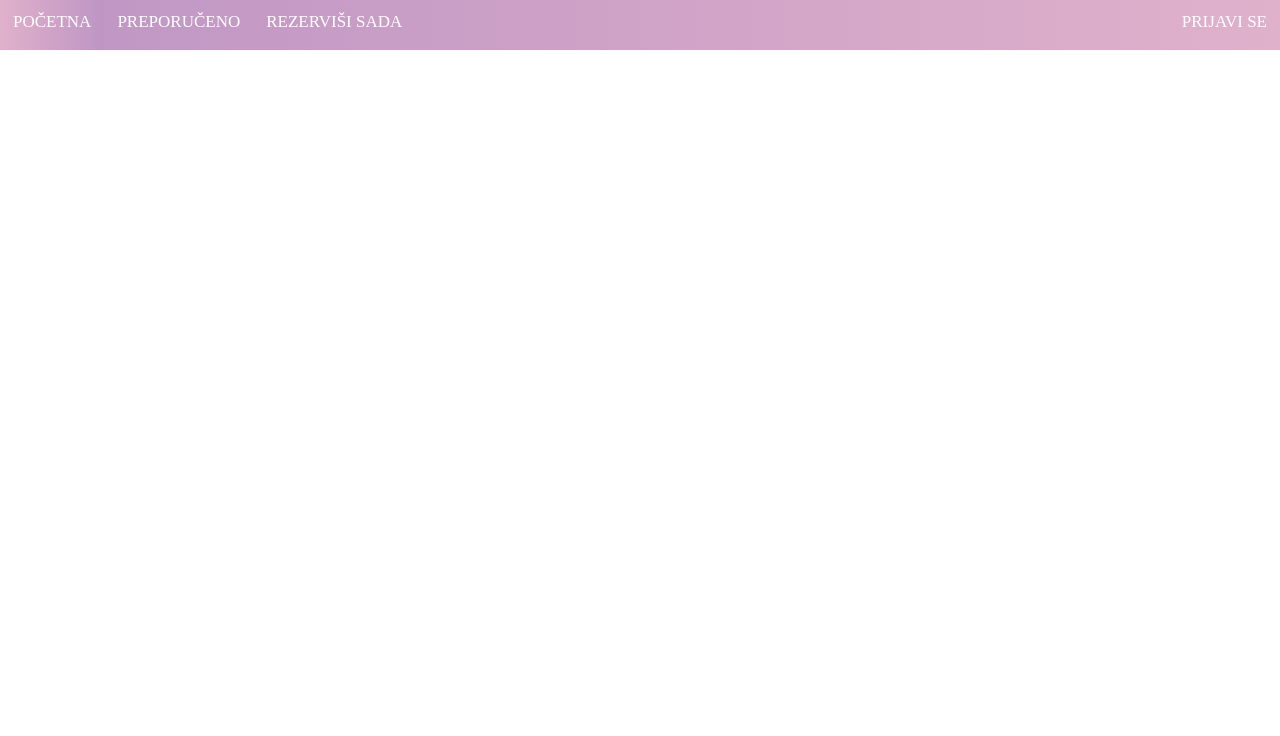
Repository: FTN-E2-materials/WEB
Page: BookingApp/static/index.html
An editor plug-in stored every save of this project. The page is shown before and after the next save, followed by the edit.
The browser window is 1280 px wide. The pictures show the whole page.
The page's requests for data from a server got no answer.

Above is the page before, as saved 2020-08-15 21:50:38.

### BookingApp/static/index.html
<!DOCTYPE html>
<html>
<head>
<link href="css/startpage.css" rel="stylesheet" />
<meta http-equiv="Content-Type" content="text/html; charset=UTF-8">

</head>

	<body>

		<div id = "webApp" class = "main-window">
			<div class = "navigation-area">
		    	<ul class = "nav navbar">
		        <li class = "menu"><a href="homepage.html">Početna</a></li>
		        <li class = "menu"><a href="">Preporučeno</a></li>
		        <li class = "menu"><a href="bookpage.html">Rezerviši sada</a></li>
		        <li class = "menu" v-bind:hidden = "mode != 'guest'"><a href="reservations.html" v-bind:hidden = "mode != 'guest'">Moje rezervacije</a></li>
		        <li class = "menu" v-bind:hidden = "mode != 'host'" ><a href="myapartments.html" v-bind:hidden = "mode != 'host'">Moji apartmani</a></li>
		        <li class = "menu" style="float:right" v-bind:hidden = "mode == 'notLogged'" v-on:click = "logOut"><a href="#/login" v-bind:hidden = "mode == 'notLogged'">Prijavi se</a></li>
		        <li class = "menu" style="float:right" v-bind:hidden = "mode != 'notLogged'"><a href="#/login" v-bind:hidden = "mode != 'notLogged'" >Odjavi se</a></li>
		        <li class = "menu" style="float:right" v-bind:hidden = "mode != 'notLogged'" ><a href="#/login" v-bind:hidden = "mode != 'notLogged'">Profil</a></li>
	            </ul>
            </div>
			<router-view></router-view>
		</div>


		<script src="scripts/vue.js"></script>
		<script src="scripts/vue-router.js"></script>
		<script src="scripts/jquery.min.js"></script>
		<script src="scripts/axios.js"></script>
		<script src="scripts/toast.js"></script>
		<script src="js/app.js"></script>
		<script src="js/login.js"></script>
	</body>
</html>

### BookingApp/static/css/startpage.css


.bg-login {
    width: 100%;
    height: 100vh;
    display: flex;
    justify-content: center;
    align-items: center;
    background: -webkit-linear-gradient(left, #BE95C4, #E0B1CB);
    font-family: 'Segoe UI', Tahoma, Geneva, Verdana, sans-serif;
}

  .main-window {
    width: 100%;
    height: 100vh;
    display: flex;
    justify-content: center;
    align-items: center;
}
.navigation-area{
  width: 100%;
  position: fixed;
  top: 0;
  height: 50px;
  border-bottom: #fff;
  background: -webkit-linear-gradient(left, #BE95C4, #E0B1CB);
}

ul {
  list-style-type : none;
  margin : 0;
  padding : 0;
  width: 100%;
  height: 100%;
  overflow : hidden;
  background: -webkit-linear-gradient(left, #BE95C4, #E0B1CB);
}

li{
  float: left;
  height: 100%;
}

li a {

  display: block;
  color: white;
  height: 100%;
  text-align: center;
  padding: 12px 13px;
  text-decoration: none;
  font-size: 17px;
  text-transform: uppercase;
}

li a:hover {
  background: -webkit-linear-gradient(left, #E0B1CB, #BE95C4);
}

input, button{
    border: none;
    outline: none;
    background: none;
}

.page-login{
    overflow: hidden;
    position: relative;
    width: 900px;
    height: 600px;
    background: #fff;
    box-shadow: 0 19px 38px rgba(0, 0, 0, 0.30), 0 15px 12px rgba(0, 0, 0, 0.22);
}

.form{
    position: relative;
    width: 640px;
    height: 100%;
    padding: 50px 30px;
    -webkit-transition:-webkit-transform 1.2s ease-in-out;
    transition: -webkit-transform 1.2s ease-in-out;
    transition: transform 1.2s ease-in-out;
    transition: transform 1.2s ease-in-out, -webkit-transform 1.2s ease-in-out;
}

.login-h1{
    width: 100%;
    font-size: 30px;
    text-align: center;
    text-transform: uppercase;
}

.login-label{
    display: block;
    width: 260px;
    margin: 25px auto 0;
    text-align: center;
}

.login-label span{
    font-size: 14px;
    font-weight: 600;
    color: #5E548E;
    text-transform: uppercase;
}

.form-part {
  width: 1000px;
  height: fit-content;;
  opacity: 0.9;
  margin-bottom: 20px;
  margin-top: 70px;
  border-radius: 10px;
  align-content: center;
  background-color: #fff;
  box-shadow: 0 19px 40px rgba(0, 0, 0, 0.30), 0 15px 12px rgba(0, 0, 0, 0.22);
}

.login-p {
  color: white;
}
.login-input {
    display: block;
    width: 100%;
    margin-top: 5px;
    text-align: center;
    font-size: 16px;
    padding-bottom: 5px;
    border-bottom: 1px solid rgba(109, 93, 93, 0.4);
    text-align: center;
    font-family: 'Segoe UI', Tahoma, Geneva, Verdana, sans-serif;
}

button{
    display: block;
    margin: 0 auto;
    width: 260px;
    height: 40px;
    border-radius: 30px;
    color: #fff;
    font-size: 15px;
    cursor: pointer;
}

.submit{
    margin-top: 40px;
    margin-bottom: 30px;
    text-transform: uppercase;
    font-weight: 600;
    font-family: 'Segoe UI', Tahoma, Geneva, Verdana, sans-serif;
    background: -webkit-linear-gradient(left, #BE95C4, #E0B1CB);
}

.submit:hover{
    background: -webkit-linear-gradient(left, #E0B1CB, #BE95C4);
}

.sub-page{
    overflow: hidden;
    position: absolute;
    left: 640px;
    top: 0;
    width: 900px;
    height: 100%;
    padding-left: 260px;
    background: #fff;
    -webkit-transition: -webkit-transform 1.2s ease-in-out;
    transition: -webkit-transform 1.2s ease-in-out;
    transition: transform 1.2s ease-in-out;
}

.page-login.s-signup .sub-page{
    -webkit-transform:translate3d(-640px, 0, 0);
        transform:translate3d(-640px, 0, 0);
}

.bground{
    overflow: hidden;
    z-index: 2;
    position: absolute;
    left: 0;
    top: 0;
    width: 260px;
    height: 100%;
    padding-top: 360px;
}

.bground:before{
    content: '';
    position: absolute;
    right: 0;
    top: 0;
    width: 900px;
    height: 100%;
    background-image: url(../images/bora-bora-sunset.jpg);
    background-size: cover;
    transition: -webkit-transform 1.2s ease-in-out;
    transition: transform 1.2s ease-in-out, -webkit-transform 1.2s ease-in-out;
  }

  .bground:after{
    content: '';
    position: absolute;
    left: 0;
    top: 0;
    width: 100%;
    height: 100%;
    background: rgba(0,0,0,0.3);
  }

.page-login.s-signup .bground:before{
    -webkit-transform:translate3d(640px, 0, 0);
            transform:translate3d(640px, 0, 0);
  }


.bground-text{
    z-index: 2;
    position: absolute;
    left: 0;
    top: 50px;
    width: 100%;
    padding: 0 20px;
    text-align: center;
    color: #fff;
    -webkit-transition:-webkit-transform 1.2s ease-in-out;
    transition: -webkit-transform 1.2s ease-in-out;
    transition: transform 1.2s ease-in-out, -webkit-transform 1.2s ease-in-out;
  }

  .bground-text h1{
    margin-bottom: 10px;
    font-weight: normal;
  }

  .bground-text p{
    font-size: 14px;
    line-height: 1.5;
  }

  .page-login.s-signup .bground-text.m-up{
    -webkit-transform:translateX(520px);
            transform:translateX(520px);
  }

  .bground-text.m-in{
    -webkit-transform:translateX(-520px);
            transform:translateX(-520px);
  }

  .page-login.s-signup .bground-text.m-in{
    -webkit-transform:translateX(0);
            transform:translateX(0);
  }


  .sign-in{
    padding-top: 65px;
    -webkit-transition-timing-function:ease-out;
            transition-timing-function:ease-out;
  }

  .bground.s-signup .sign-in{
    -webkit-transition-timing-function:ease-in-out;
            transition-timing-function:ease-in-out;
    -webkit-transition-duration:1.2s;
            transition-duration:1.2s;
    -webkit-transform:translate3d(640px, 0, 0);
            transform:translate3d(640px, 0, 0);
  }

  .bground-btn{
    overflow: hidden;
    z-index: 2;
    position: relative;
    width: 150px;
    height: 40px;
    margin: 0 auto;
    background: transparent;
    color: #fff;
    text-transform: uppercase;
    font-size: 15px;
    cursor: pointer;
    text-align: center;
  }

  .bground-btn:after{
    content: '';
    z-index: 2;
    position: absolute;
    left: 0;
    top: 0;
    width: 100%;
    height: 100%;
    border: 2px solid #fff;
    border-radius: 30px;
  }

  .bground-btn span{
    position: absolute;
    left: 0;
    top: 0;
    display: -webkit-box;
    display: flex;
    -webkit-box-pack:center;
    justify-content: center;
    align-items: center;
    width: 100%;
    height: 100%;
    -webkit-transition:-webkit-transform 1.2s;
    transition: -webkit-transform 1.2s;
    transition: transform 1.2s;
    transition: transform 1.2s, -webkit-transform 1.2s;;
  }

  .bground-btn span.m-in{
    -webkit-transform:translateY(-72px);
            transform:translateY(-72px);
  }

  .page-login.s-signup .bground-btn span.m-in{
    -webkit-transform:translateY(0);
            transform:translateY(0);
  }

  .page-login.s-signup .bground-btn span.m-up{
    -webkit-transform:translateY(72px);
            transform:translateY(72px);
  }

  .sign-up{
    -webkit-transform:translate3d(-900px, 0, 0);
            transform:translate3d(-900px, 0, 0);
  }

  .page-login.s-signup .sign-up{
    -webkit-transform:translate3d(0, 0, 0);
            transform:translate3d(0, 0, 0);
  }

### BookingApp/static/js/app.js
const login = { template : '<login></login>' }
const profile_view = { template : '<profile-view></profile-view>' }
const change_pass = { template : '<change_pass></change_pass>' }
const edit_profile = { template : '<edit_profile ></edit_profile>' }
const apartments = { template : "<apartments></apartments>" }
const apartmentDetails = {template : "<apartment-details></apartment-details>"}
const users_preview = {template : "<users_preview></users_preview>"}
const searchApartment = { template : "<search-apartment></search-apartment>" }
const my_apartments= { template : "<my_apartments></my_apartments>" }
const add_apartment= { template : "<add_apartment></add_apartment>" }
const reservations = { template : "<reservations></reservations>" }
const amenities = { template : "<amenities></amenities>"}
const edit_apartment = { template : "<edit_apartment></edit_apartment>"}
const homepage = { template : "<homepage></homepage>" }
const add_nonWorkingDays={template:"<add_nonWorkingDays></add_nonWorkingDays>"}
const forbidden = { template: "<forbidden></forbidden>" }
const registerHost = { template: "<registerHost></registerHost>" }

const router = new VueRouter({
    mode : 'hash',
    base : '/apartments',
    routes : [
		{ path : "/apartments", component: apartments },
		{ path : '/login', component: login },
		{ path : '/profile-view', component: profile_view },
		{ path : '/change_pass', component: change_pass },
		{ path : '/edit_profile', component: edit_profile },
		{ path : "/details", component: apartmentDetails },
		{ path : "/users_preview", component: users_preview },
		{ path : "/search", component: searchApartment },
		{ path : "/my_apartments", component: my_apartments },
		{ path : "/add_apartment", component: add_apartment },
		{ path : "/reservations", component: reservations },
		{ path : "/amenities", component: amenities },
		{ path : "/edit_apartment", component: edit_apartment },
		{ path : "/add_nonWorkingDays", component: add_nonWorkingDays },
		{ path : "/forbidden", component: forbidden },
		{ path : "/registerHost", component: registerHost }
    ]
});

var app = new Vue({
    router: router,
    el: '#webApp',
    data: {
    	mode : 'plsWork',
    	user : {
    		username : "xxxxxxxxxxxxx"
    	}
    },
    mounted() {
    	axios
	    	.get('/user/seeIfLogged')
	    	.then(response => {
	    		if (response.data == null) {
	    			this.mode = 'notLogged';
	    		} else
	    		{
	    			if (response.data.role == "Guest") {
	    				this.mode = 'guest';
	    			} else if (response.data.role == "Host") {
		    			this.mode = 'host';
		    		} else if (response.data.role == "Administrator") {
		    			this.mode = 'admin';
		    		} else {
		    			this.mode = 'notLogged';
		    		}
	    			this.user = response.data;
	    		}
	    	})

	    	window.location.href = "#/apartments";
    },
    methods : {
    	logOut : function() {
    		axios
    			.get('/user/logout')
    			.then(response => {
    				this.mode = 'notLogged';
    				console.log(this.mode);
    				window.location.href = "#/login";
    			})

    	},
    	viewProfile : function() {

            window.location.href = "http://localhost:8088/#/profile-view?id=" + this.user.username;
    	},
    	getReservations : function() {
    		window.location.href = "http://localhost:8088/#/reservations?id=" + this.user.username;

    	},
    	canSeePreview : function() {
    		console.log(this.mode);
    		if (this.mode == 'host') {
    			return false;
    		} else if (this.mode == 'admin') {
    			return false;
    		} else {
    			return true;
    		}
    	}
    }
});

### BookingApp/static/js/login.js
 Vue.component("login", {

	data: function () {
		    return {
		    	logged : null,
		    	error:'',
		    	usernameLog: '',
		    	usernameRegister: '',
		    	passwordRegister: '',
		    	nameRegister: '',
				surnameRegister: '',
				genderRegister:'',
		    	passwordRepeat: '',
			    passwordLog:'',
				errorMessage:'',
				registrationError: '',
				roleRegister : ""
		    }
	},

    template: `
<div class = "bg-login">
<div class = "page-login">
    <div class = "form sign-in">
        <h2 class = "login-h1">Prijava</h2>
        <label class = "login-label">
            <span> Korisničko ime </span>
			<input class = "login-input" type="text" name = "username" v-on:change="signalChange" v-model="usernameLog">
        </label>
        <label class = "login-label">
            <span> Lozinka </span>
			<input class = "login-input" type="password" name="password" v-model="passwordLog" v-on:change="signalChange">
			<p style="color:red">{{errorMessage}}</p>
			<button class="submit-login" v-on:click="tryToLogin"> Prijavi se </button>
        </label>

    </div>


<div class="sub-page">
    <div class = "bground">
        <div class = "bground-text m-up">
            <h1 class = "login-h1">Nemate <br> nalog?</h1>
            <p class = "login-p">Registrujte se i <br> rezervišite sebi apartman!</p>
        </div>

        <div class="bground-text m-in">
            <h1 class = "login-h1" >Već imate nalog?</h1>
            <p class = "login-p">Ako već imate nalog, prijavite se i rezervišite sebi apartman!</p>
        </div>
        <div class="bground-btn"  v-on:click="slideToOther">
            <span class="m-up">Registrujte se</span>
            <span class="m-in">Prijavite se</span>
        </div>
</div>

<div class="form sign-up">
    <h1>Registracija</h1>
    <label class = "login-label">
        <span >Ime</span>
        <input class = "login-input" type="text" v-model="nameRegister"  name="name">
    </label>
    <label class = "login-label">
        <span>Prezime</span>
        <input class = "login-input" type="text" name="surname" v-model="surnameRegister">
    </label>
    <label class = "login-label" >
        <span>Korisničko ime</span>
        <input class = "login-input" type="text" name="username" v-model="usernameRegister">
    </label>
    <label class = "login-label">
        <span>Lozinka</span>
        <input class = "login-input" type="password" name="password" v-model="passwordRegister">
    </label>
    <label class = "login-label">
        <span>Ponovite lozinku</span>
        <input type="password" class = "login-input"  name="passwordRepeat" v-model="passwordRepeat">
	</label>
	<label class = "login-label">
	<span>Pol</span>

	<tr class="radio_button">
	<td>
	<input type="radio" id="male" name="gender" value="Musko" v-model="genderRegister" style="width:70px;">
	<span for="male" style="width:70px;">Muško</span>
	</td>
	<td>
	<input type="radio" id="female" name="gender" value="Zensko" v-model="genderRegister"  style="width:70px;">
	<span for="female"  style="width:70px;">Žensko</span>
	</td>
	<td>
	<input type="radio" id="other" name="gender" value="Ostalo" v-model="genderRegister"  style="width:70px;">
	<span for="other"  style="width:70px;">Ostalo</span>
	</td>
	</tr>
	</label>

	<label class = "login-label">
	<span>Uloga</span>

	<tr class="radio_button">
	<td>
	<input type="radio" id="guest" name="role" value="Guest" v-model="roleRegister" style="width:70px;">
	<span for="male" style="width:70px;">Gost</span>
	</td>
	<td>
	<input type="radio" id="host" name="role" value="Host" v-model="roleRegister"  style="width:70px;">
	<span for="female"  style="width:70px;">Domaćin</span>
	</td>
	</tr>
	</label>

	<p style="color:red">{{registrationError}}</p>
    <button type="button" class="submit-reg" v-on:click="registerUser">Registrujte se</button>
</div>

</div>
</div>
</div>
    `,

	mounted () {
       axios
        .get('/test')
        .then(response => {
        	if(response.data == null)
        		this.logged = false;
        	else
        		this.logged = true;
        })

    },
    methods : {
    	slideToOther : function() {
    		document.querySelector('.page-login').classList.toggle('s-signup');
    	},

    	tryToLogin : function() {

			if(this.usernameLog=='' || this.passwordLog=='')
			{
				this.errorMessage="Morate popuniti sva polja.";
			}
			else
			{

				let loginParameters = {
    				username : this.usernameLog,
    				password : this.passwordLog
    		};

    		axios
    			.post('/user/login', JSON.stringify(loginParameters))
    			.then(response => {
    				if (response.data == "") {
						this.errorMessage="Neispravno korisničko ime ili lozinka.";
					}
					else if (response.data == "Korisnik je blokiran") {
						this.errorMessage="Blokirani ste i ne možete da se prijavite.";
					}

					else {
    					window.location.href = "http://localhost:8088/";
    				}
				})
			}



    	},
    	registerUser : function() {
			let flag=true;

			if(this.nameRegister=="" || this.roleRegister == "" ||this.surnameRegister=="" ||this.usernameRegister=="" ||this.passwordRegister=="" || this.genderRegister=="")
			{
				registrationError="Morate popuniti sva polja u formi.";
				flag=false;
			}
			else if(this.passwordRegister!=this.passwordRepeat)
			{
				registrationError="Lozinke se ne slažu.";
				flag=false;
			}
			if(flag)
			{
				let genderReg;
				if (this.genderRegister == 'Musko') {
					genderReg = 'Male';
				} else if(this.genderRegister == 'Zensko'){
					genderReg = 'Female';
				} else {
					genderReg = 'Other';
				}
				let registrationParameters = {
    				name : this.nameRegister,
    				surname : this.surnameRegister,
    				username : this.usernameRegister,
    				password : this.passwordRegister,
    				role : this.roleRegister,
    				gender : genderReg
    		};

    		axios
    			.post('/user/register', JSON.stringify(registrationParameters))
    			.then(response => {
    				if (response.data == null) {
    					window.location.href = "#/login";
    				} else {
    					window.location.href = "http://localhost:8088/";
    				}
    			})
			}

		},

		signalChange : function()
		{
			this.errorMessage="";
		}
    }
});

Loaded but not shown: BookingApp/static/scripts/vue.js (library); BookingApp/static/scripts/jquery.min.js (library); BookingApp/static/scripts/toast.js (common file); BookingApp/static/scripts/vue-router.js (2922 lines, source omitted); BookingApp/static/scripts/axios.js (1660 lines, source omitted)

After the next save:
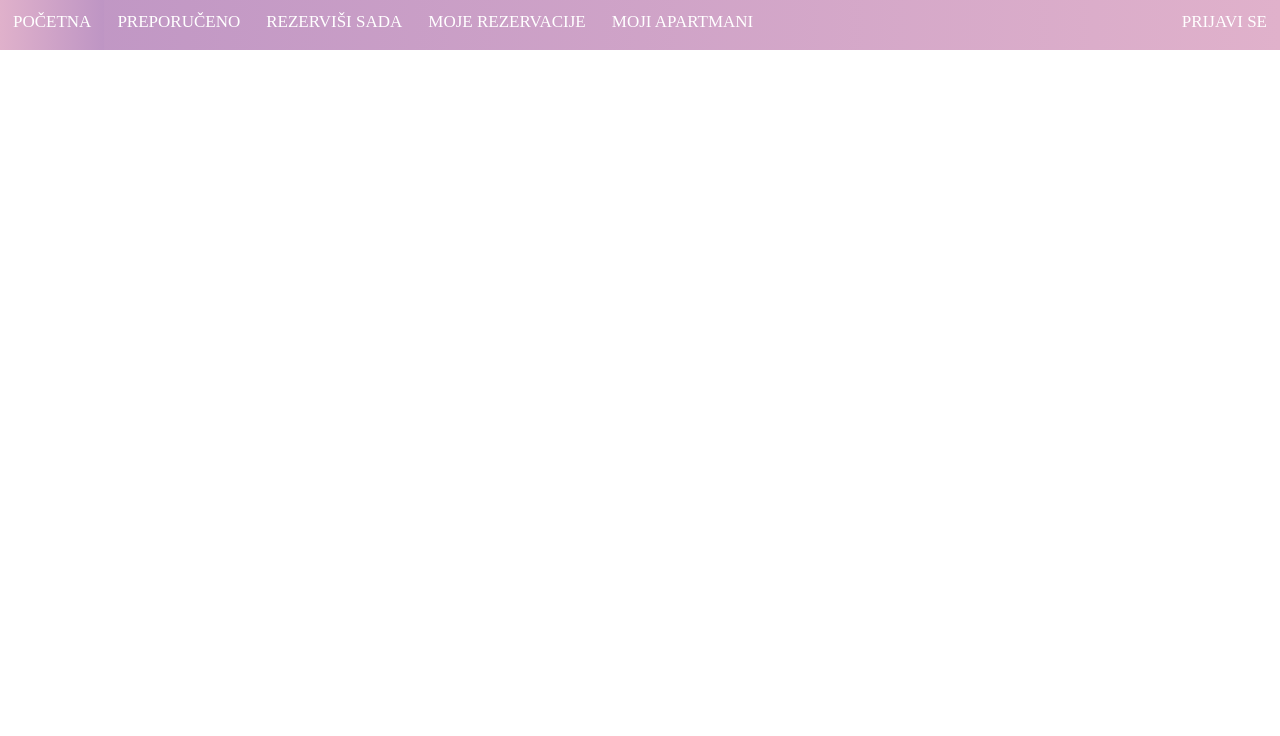
Saved 15 min 9 s later.
--- a/BookingApp/static/index.html
+++ b/BookingApp/static/index.html
@@ -14,8 +14,8 @@
 		        <li class = "menu"><a href="homepage.html">Početna</a></li>
 		        <li class = "menu"><a href="">Preporučeno</a></li>
 		        <li class = "menu"><a href="bookpage.html">Rezerviši sada</a></li>
-		        <li class = "menu" v-bind:hidden = "mode != 'guest'"><a href="reservations.html" v-bind:hidden = "mode != 'guest'">Moje rezervacije</a></li>
-		        <li class = "menu" v-bind:hidden = "mode != 'host'" ><a href="myapartments.html" v-bind:hidden = "mode != 'host'">Moji apartmani</a></li>
+		        <li class = "menu" v-bind:hidden = "mode == 'guest'"><a href="reservations.html" v-bind:hidden = "mode == 'guest'">Moje rezervacije</a></li>
+		        <li class = "menu" v-bind:hidden = "mode == 'host'" ><a href="myapartments.html" v-bind:hidden = "mode == 'host'">Moji apartmani</a></li>
 		        <li class = "menu" style="float:right" v-bind:hidden = "mode == 'notLogged'" v-on:click = "logOut"><a href="#/login" v-bind:hidden = "mode == 'notLogged'">Prijavi se</a></li>
 		        <li class = "menu" style="float:right" v-bind:hidden = "mode != 'notLogged'"><a href="#/login" v-bind:hidden = "mode != 'notLogged'" >Odjavi se</a></li>
 		        <li class = "menu" style="float:right" v-bind:hidden = "mode != 'notLogged'" ><a href="#/login" v-bind:hidden = "mode != 'notLogged'">Profil</a></li>

After the save that followed:
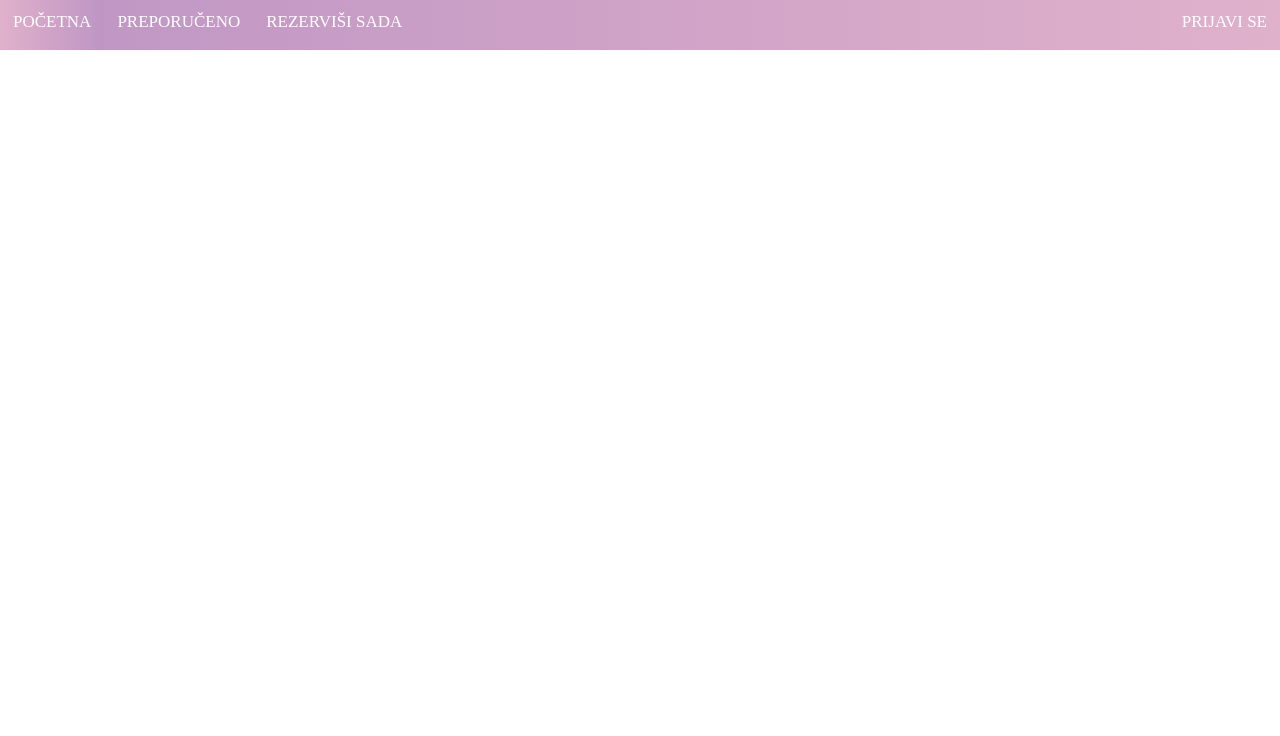
Saved 39 s later.
--- a/BookingApp/static/index.html
+++ b/BookingApp/static/index.html
@@ -14,8 +14,8 @@
 		        <li class = "menu"><a href="homepage.html">Početna</a></li>
 		        <li class = "menu"><a href="">Preporučeno</a></li>
 		        <li class = "menu"><a href="bookpage.html">Rezerviši sada</a></li>
-		        <li class = "menu" v-bind:hidden = "mode == 'guest'"><a href="reservations.html" v-bind:hidden = "mode == 'guest'">Moje rezervacije</a></li>
-		        <li class = "menu" v-bind:hidden = "mode == 'host'" ><a href="myapartments.html" v-bind:hidden = "mode == 'host'">Moji apartmani</a></li>
+		        <li class = "menu" v-bind:hidden = "mode != 'guest'"><a href="reservations.html" v-bind:hidden = "mode != 'guest'">Moje rezervacije</a></li>
+		        <li class = "menu" v-bind:hidden = "mode != 'host'" ><a href="myapartments.html" v-bind:hidden = "mode != 'host'">Moji apartmani</a></li>
 		        <li class = "menu" style="float:right" v-bind:hidden = "mode == 'notLogged'" v-on:click = "logOut"><a href="#/login" v-bind:hidden = "mode == 'notLogged'">Prijavi se</a></li>
 		        <li class = "menu" style="float:right" v-bind:hidden = "mode != 'notLogged'"><a href="#/login" v-bind:hidden = "mode != 'notLogged'" >Odjavi se</a></li>
 		        <li class = "menu" style="float:right" v-bind:hidden = "mode != 'notLogged'" ><a href="#/login" v-bind:hidden = "mode != 'notLogged'">Profil</a></li>
